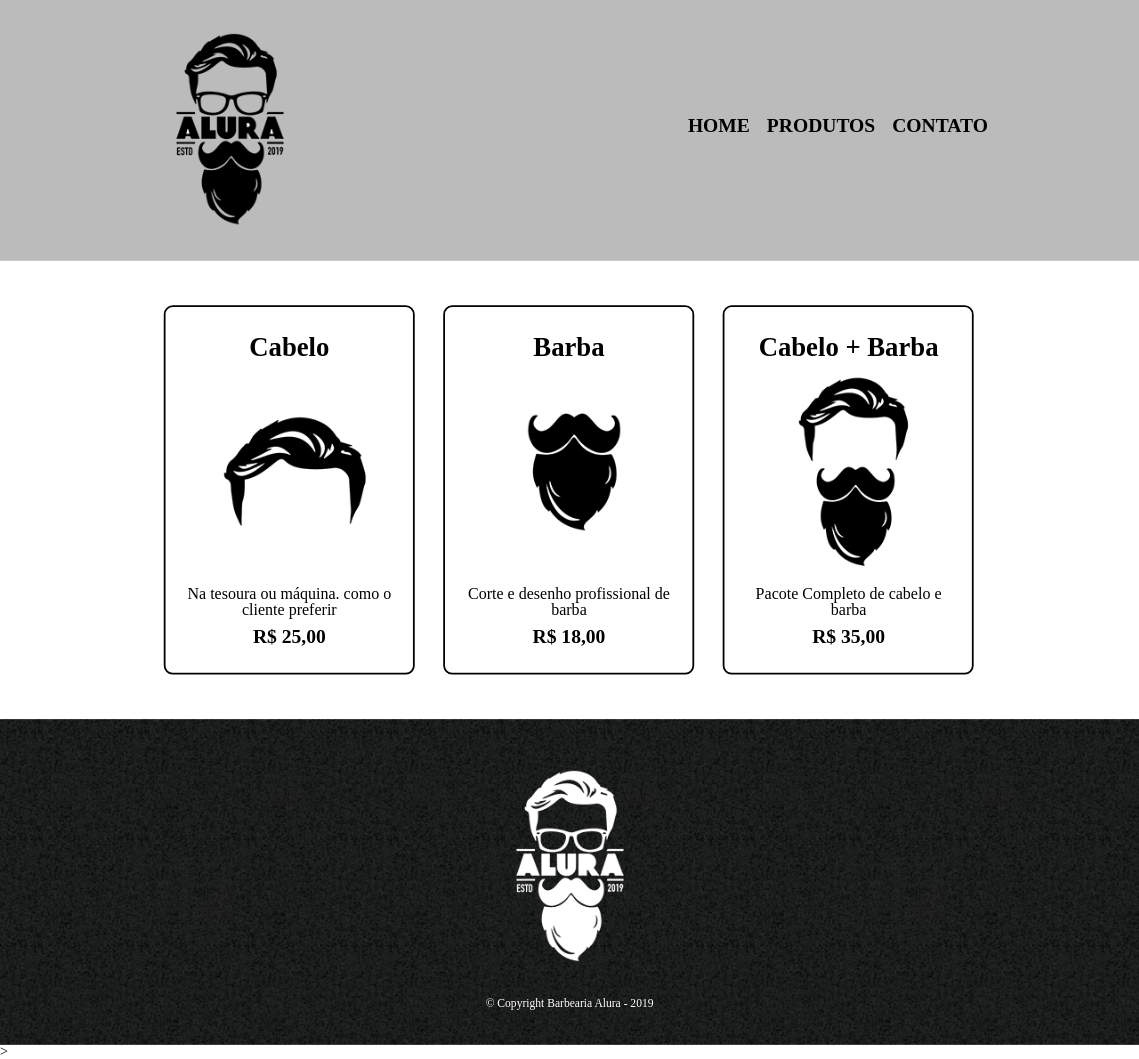
Repository: AnaBerlanda/AulaAlura
Page: produtos.html
The author's editor kept a copy of each file at every save. The page is drawn from the files as they stood at one save, then again after the next save.
The browser window is 1280 px wide. The pictures show the whole page, at 89% of full size.

Above is the page before, as saved 2022-04-18 16:11:30.

After the next save:
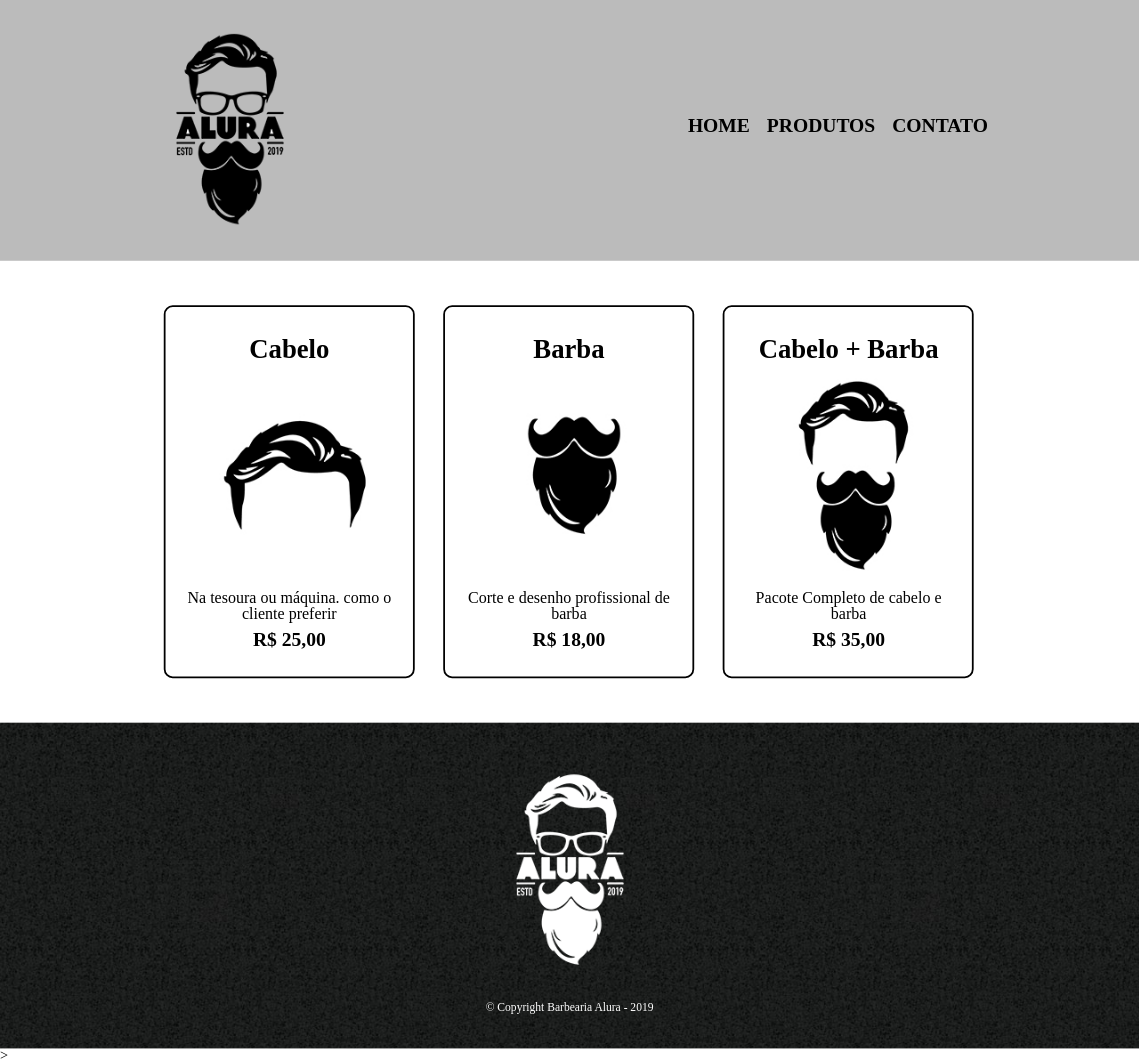
Saved 5 h 31 min later.
--- a/produtos.css
+++ b/produtos.css
@@ -45,6 +45,7 @@ nav a:hover{
 }
 .produtos h2{
     font-size: 30px;
+    line-height: 34px;
     font-weight: bold;
 }
 .produto-preco{
